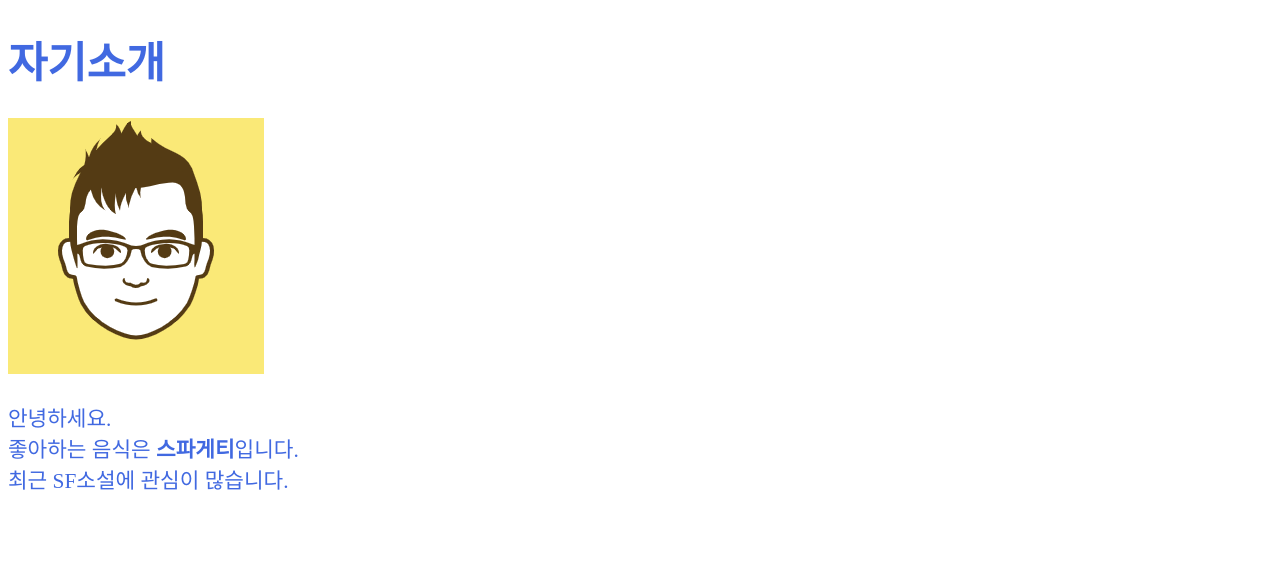
Repository: suhong99/htmlLecture
Page: cssWork1/src/main/webapp/index3.html
An editor plug-in stored every save of this project. The page is shown before and after a run of saves, followed by the edit.
The browser window is 1280 px wide. The pictures show the whole page.

Above is the page before, as saved 2023-06-22 06:40:21.

### cssWork1/src/main/webapp/index3.html
<!DOCTYPE html>
<html>
<head>
<meta charset="UTF-8">
<title>Insert title here</title>
<style type="text/css">
body{
	color: royalblue;
	font-size: 16pt;
}
</style>
</head>
<body>

<h1>자기소개</h1>

<p class="center">
	<img alt="자화상이미지"  src="./image/img.png">
</p>
<p class="border">
안녕하세요.<br>
좋아하는 음식은 <strong>스파게티</strong>입니다.<br>
최근 SF소설에 관심이 많습니다.
</p>
</body>
</html>

After the next 2 saves:
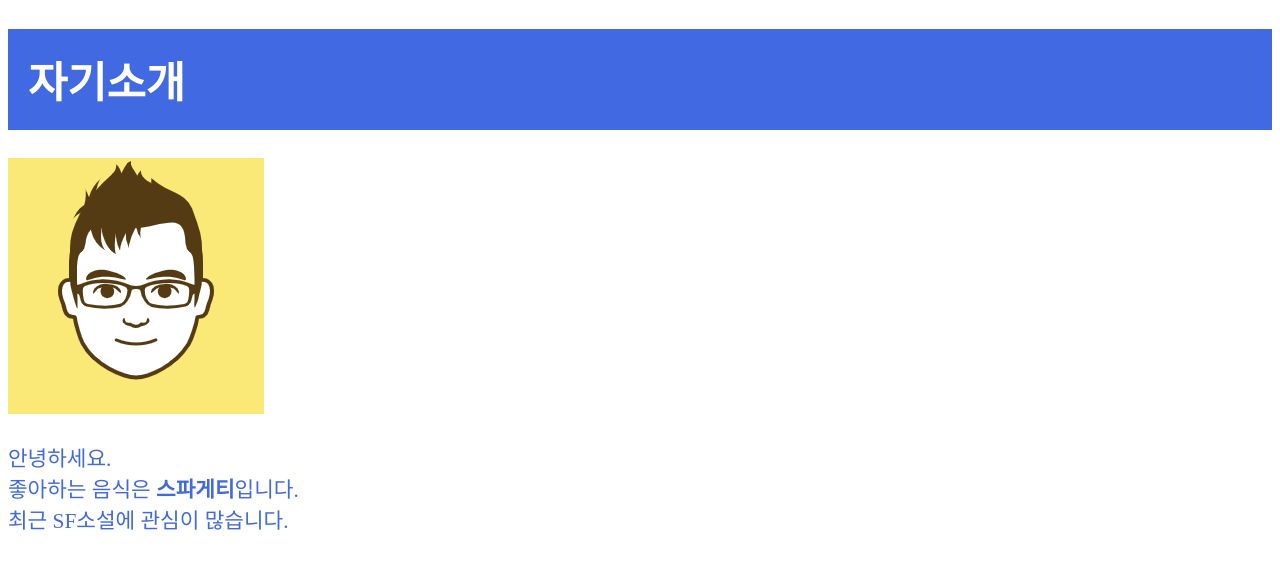
The 2 saves are shown as one change because they came seconds apart.
The last was saved 105 s later.
--- a/cssWork1/src/main/webapp/index3.html
+++ b/cssWork1/src/main/webapp/index3.html
@@ -7,6 +7,11 @@
 body{
 	color: royalblue;
 	font-size: 16pt;
+}
+h1{
+	background-color:  royalblue;
+	color:white;
+	padding:20px;
 }
 </style>
 </head>
